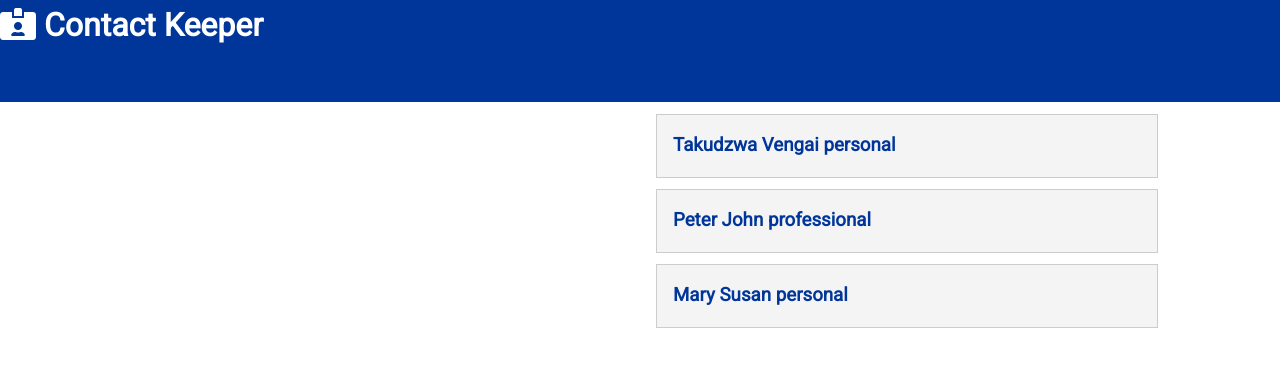
Repository: Takudzwa413/Contact-Keeper
Page: / (app in client/)
These files come from the project's save history. The page is drawn as it stood at one moment and after the next save; the edit follows.
The browser window is 1280 px wide. The pictures show the whole page.
Some web libraries are served in a nearby version. The project was rebuilt for these pictures with package versions that can differ from the ones it lists, and the page was loaded fresh each time. Also part of the build but not shown: client/src/components/pages/About.js.

Above is the page before, as saved 2020-06-18 21:44:18.

### client/public/index.html
<!DOCTYPE html>
<html lang="en">
  <head>
    <meta charset="utf-8" />
    <link rel="icon" href="%PUBLIC_URL%/favicon.ico" />
    <meta name="viewport" content="width=device-width, initial-scale=1" />
    <meta name="theme-color" content="#000000" />
    <meta
      name="description"
      content="Web site created using create-react-app"
    />
    <link
    rel="stylesheet"
    href="https://use.fontawesome.com/releases/v5.13.0/css/all.css"
    integrity="sha384-Bfad6CLCknfcloXFOyFnlgtENryhrpZCe29RTifKEixXQZ38WheV+i/6YWSzkz3V"
    crossorigin="anonymous"
  />
    <link rel="apple-touch-icon" href="%PUBLIC_URL%/logo192.png" />

    <link rel="manifest" href="%PUBLIC_URL%/manifest.json" />

    <title>ContactKeeper |Takudzwa</title>
  </head>
  <body>
    <noscript>You need to enable JavaScript to run this app.</noscript>
    <div id="root"></div>

  </body>
</html>

### client/src/App.js
import React,{Fragment} from 'react';
import { BrowserRouter as Router, Route,Switch  } from 'react-router-dom';
import Navbar from './components/layout/Navbar';
import Home from './components/pages/Home';
import About from './components/pages/About';

import ContactState from  './context/contact/ContactState'
import './App.css';

function App() {
  return (
    <ContactState>
      <Router>
        <Fragment>
          <Navbar/>
            <div className='container'>
              <Switch>
                <Route exact path='/' component={Home}/>
                <Route exact path='/about' component={About}/>
              </Switch>
            </div>
        </Fragment>
      </Router>
    </ContactState>
  );
}

export default App;

### client/src/components/layout/Navbar.js
import React from 'react';
import PropTypes from 'prop-types'
import { Link } from 'react-router-dom';


const Navbar = ({title ,icon}) => {
    return (
        <div className='Navbar bg-primary'>
            <h1>
                <i className={icon}/> {title}
            </h1>
            <ul>
                <li>
                    <Link to='/'>Home</Link>
                </li>
                <li>
                    <Link to='/about'>About</Link>
                </li>
            </ul>
        </div>
    )
};

Navbar.propTypes ={
    title:PropTypes.string.isRequired,
    icon:PropTypes.string,
}
Navbar.defaultProps ={
    title:'Contact Keeper',
    icon:'fas fa-id-card-alt'
}

export default Navbar

### client/src/components/pages/Home.js
import React from 'react'
import Contacts from '../contacts/Contacts'

const Home = () => {
    return (
        <div className='grid-2'>
            <div>{/*ContactForm*/}</div>
            <div>
                <Contacts/>
            </div>

        </div>
    )
}
export default Home;

### client/src/context/contact/ContactState.js
import React ,{  useReducer } from 'react';
import uuid from 'uuid';
import ContactContext from './contactContext';
import contactReducer from './contactReducer';
import {
    ADD_CONTACT,
    DELETE_CONTACT,
    SET_CURRENT,
    CLEAR_CURRENT,
    UPDATE_CONTACT,
    FILTER_CONTACTS,
    CLEAR_FILTER
} from '../types'


const ContactState = props =>{
    const initialState = {
        contacts :[
            {
                id:1,
                name:'Takudzwa Vengai',
                email:'tvengai75@gmail.com',
                phone:'222-222-333-333',
                type:'personal'
            },
            {
                id:2,
                name:'Peter John',
                email:'tfvengai75@gmail.com',
                phone:'222-222-333-333',
                type:'professional'
            },
            {
                id:3,
                name:'Mary Susan',
                email:'takavengai75@gmail.com',
                phone:'222-222-333-333',
                type:'personal'
            }
        ]
    }
    const [state,dispatch] = useReducer(contactReducer , initialState);

    //Add Contact

    //delete contact

    //set current contact

    //clear current contact

    //update contact


    //filter contact


    //clear filter

    return(
        <ContactContext.Provider
        value={{
            contacts:state.contacts
        }}>
            {props.children}

        </ContactContext.Provider>
    )

}

export default ContactState;

### client/src/components/contacts/Contacts.js
import React,{ Fragment,useContext } from 'react';
import ContactItem from './ContactItem'
import ContactContext from '../../context/contact/contactContext'

const Contacts = () => {

    const contactContext = useContext(ContactContext);
    const { contacts } = contactContext;
    return (
        <Fragment>
            {contacts.map(contact=> (
              <ContactItem key={contact.id} contact={contact}/>
               ))}
        </Fragment>
    )
}
export default Contacts

### client/src/context/types.js
export const ADD_CONTACT = 'ADD_CONTACT';
export const DELETE_CONTACT = 'DELETE_CONTACT';
export const SET_CURRENT = 'SER_CURRENT';
export const CLEAR_CURRENT = 'CLEAR_CURRENT';
export const UPDATE_CONTACT =  'UPDATE_CONTACT';
export const FILTER_CONTACTS = 'FILTER_CONTACTS';
export const CLEAR_FILTER = 'CLEAR_FILTER';
export const SET_ALERT = 'SET_ALERT';
export const REMOVE_ALERT = 'REMOVE_ALERT'

### client/src/components/contacts/ContactItem.js
import React from 'react'

const ContactItem = ({contact}) => {

    const {id, name, email, phone,type} = contact;
    return (
        <div className='card bg-light'>
            <h3 className="text-primary text-left">
                {name}{' '}
                 <span
                 className={
                'badge' +
                (type === 'professional'? 'badge-success'  : 'badge-primary')
                  }
                >
                    {type}
                </span>
            </h3>

        </div>
    )
}
export default ContactItem;

Loaded but not shown: client/src/index.js (common file); client/src/App.css (common file); client/src/context/contact/contactContext.js (common file); client/src/context/contact/contactReducer.js (common file)

After the next save:
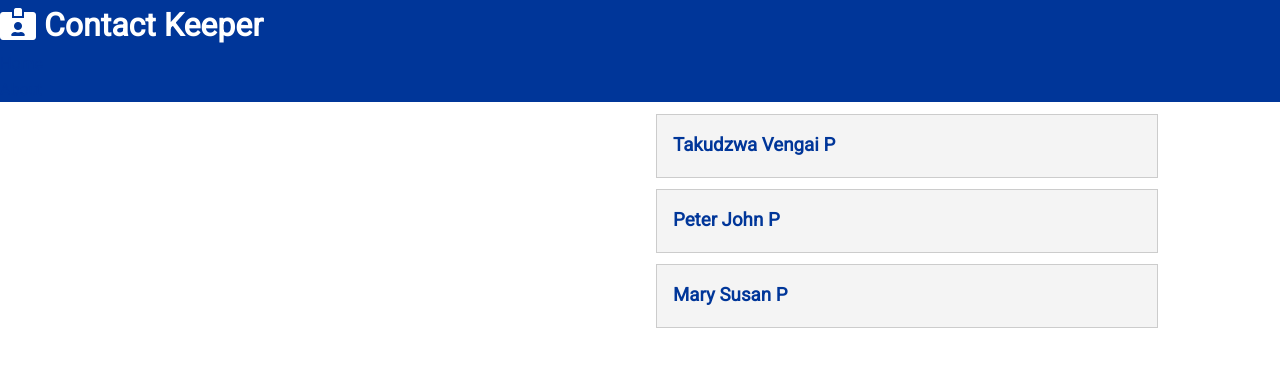
Saved 6 min 29 s later.
--- a/client/src/components/contacts/ContactItem.js
+++ b/client/src/components/contacts/ContactItem.js
@@ -11,9 +11,9 @@
                  className={
                 'badge' +
                 (type === 'professional'? 'badge-success'  : 'badge-primary')
-                  }
+                }
                 >
-                    {type}
+                    {type.charAt(0).toUpperCase()}
                 </span>
             </h3>
 
